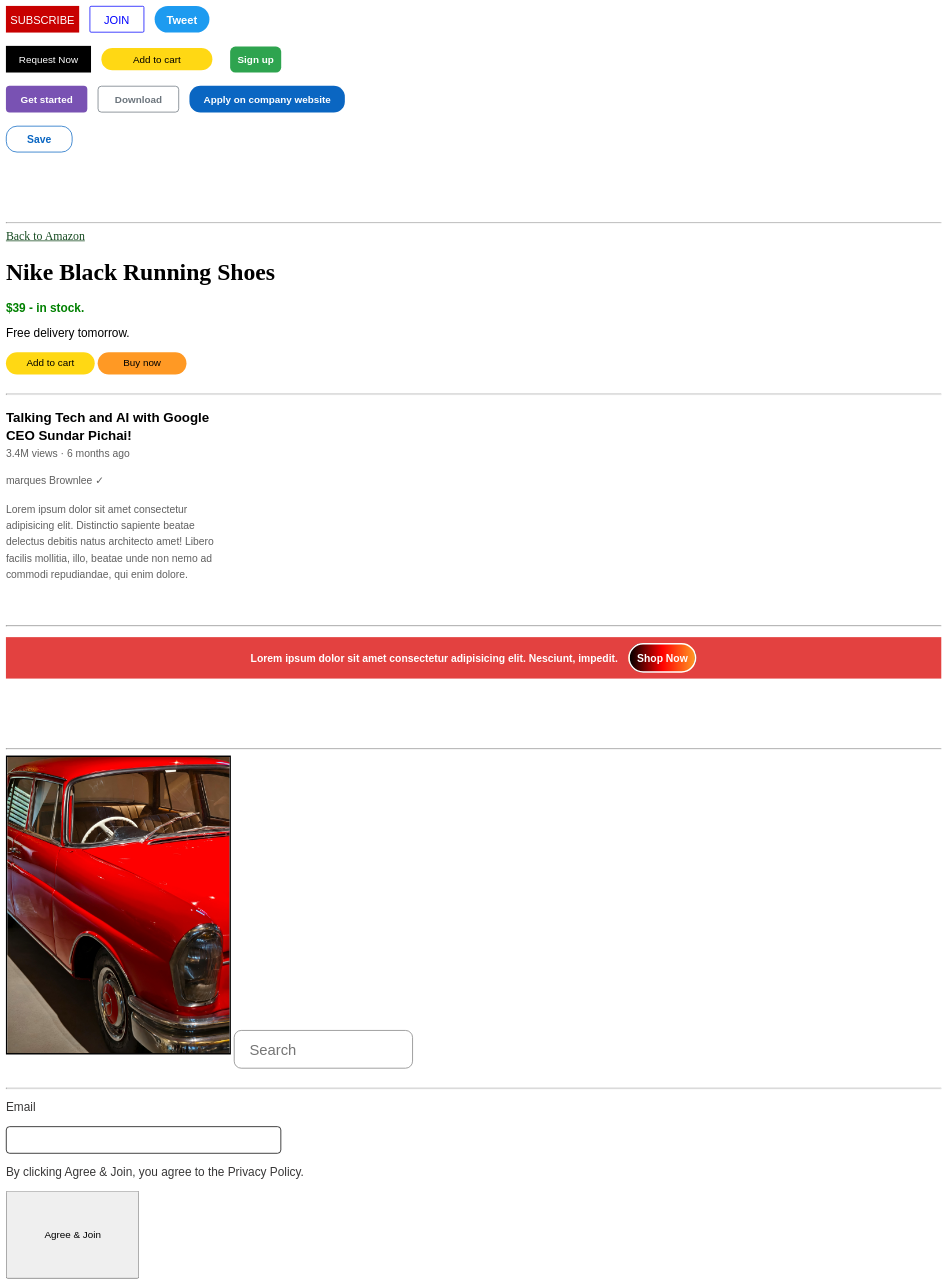
Repository: Yeyolive/WebDev_Collab_2025
Page: Basic_Projects/HTML-CSS course/into-to-html/index.html
An editor plug-in stored every save of this project. The page is shown before and after the next save, followed by the edit.
The browser window is 1280 px wide. The pictures show the whole page, at 74% of full size.

Above is the page before, as saved 2025-11-23 23:27:26.

After the next save:
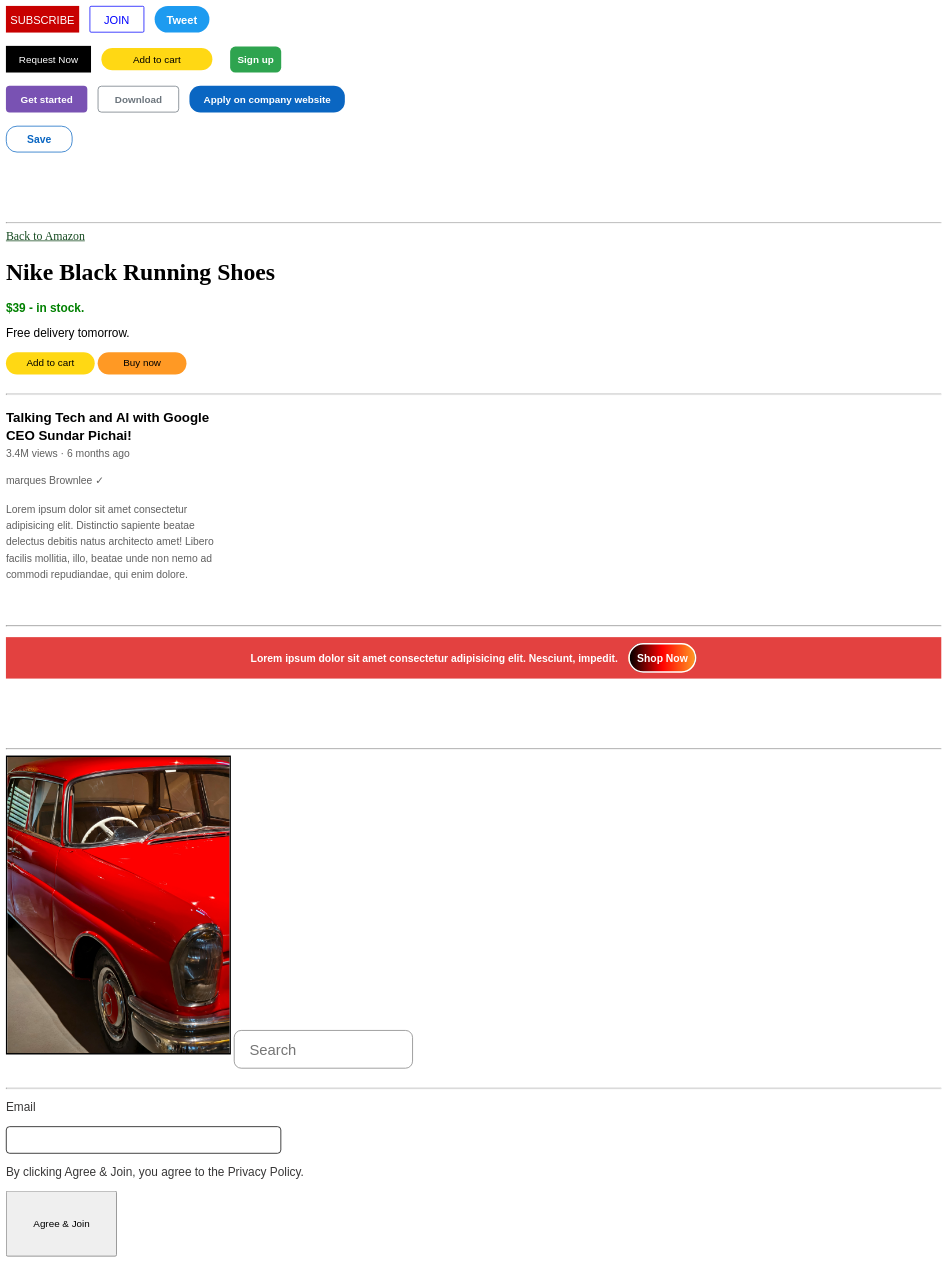
Saved 8 s later.
--- a/Basic_Projects/HTML-CSS course/into-to-html/styles.css
+++ b/Basic_Projects/HTML-CSS course/into-to-html/styles.css
@@ -329,5 +329,5 @@
 }
 
 .agree-and-join {
-  padding: 50px;
-}
+  padding: 35px;
+}
